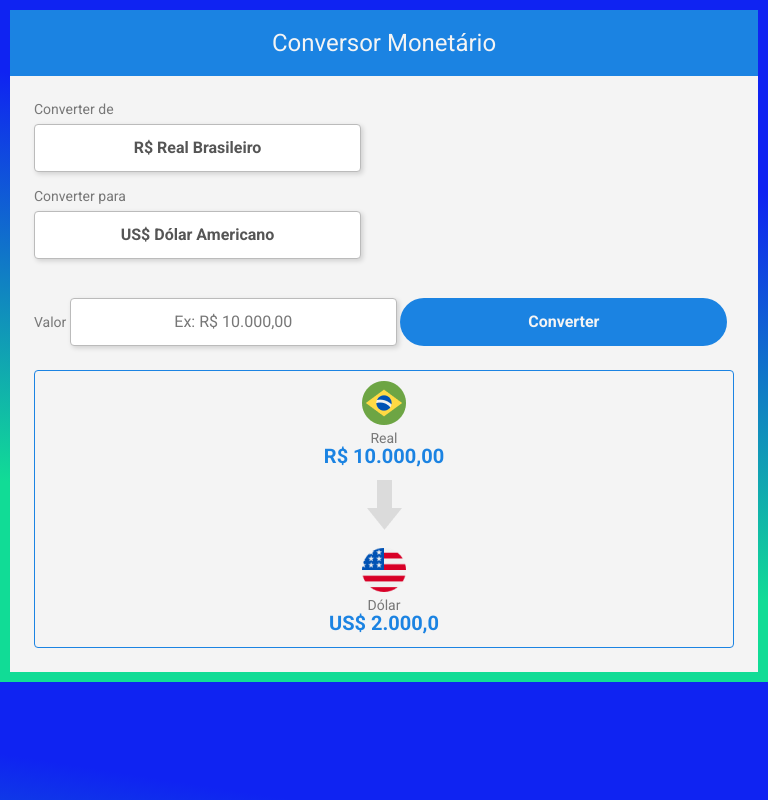
Repository: isayrous/coin-converter
Page: index.html
The author's editor kept a copy of each file at every save. The page is drawn from the files as they stood at one save, then again after the next save.
The browser window is 768 px wide. The pictures show the whole page.

Above is the page before, as saved 2022-11-02 23:32:23.

### index.html
<!DOCTYPE html>
<html lang="pt-br">
<head>
    <meta charset="UTF-8">
    <meta http-equiv="X-UA-Compatible" content="IE=edge">
    <meta name="viewport" content="width=device-width, initial-scale=1.0">
    <link rel='stylesheet' href="./style.css">
    <link rel="preconnect" href="https://fonts.googleapis.com">
    <link rel="preconnect" href="https://fonts.gstatic.com" crossorigin>
    <link href="https://fonts.googleapis.com/css2?family=Roboto:wght@400;700&display=swap" rel="stylesheet">
    <title>Conversor Monetário</title>
</head>
<body>
    <div class="container">

        <header>
            <h1>Conversor Monetário</h1>
        </header>

        <main>
            <label>
                Converter <strong>de</strong>
                <select id="first-select">
                    <option>R$ Real Brasileiro</option>
                    <option>US$ Dólar Americano</option>
                    <option>Bitcoin</option>
                    <option>€ Euro</option>
                </select>
            </label>

            <label>
                Converter <strong>para</strong>
                <select id="seccond-select">
                    <option>US$ Dólar Americano</option>
                    <option>Bitcoin</option>
                    <option>€ Euro</option>
                    <option>R$ Real Brasileiro</option>
                </select>
            </label>

            <label>
                <b>Valor</b>
                <input id='values' placeholder="Ex: R$ 10.000,00">
            </label>

            <button id="button-converter" >Converter</button>

            <section>
                <div>
                    <img id="currency-img1" src="./assets/BRL.png">
                    <p id="first-currency">Real</p>
                    <p id="return-input1" class="value">R$ 10.000,00</p>
                </div>

                <img src="./assets/Vector.png"><br>

                <div>
                    <img id="currency-img2" src="./assets/USA.png">
                    <p id ="seccond-currency">Dólar</p>
                    <p id="return-input2" class="value">US$ 2.000,0</p>
                </div>

            </section>

        </main>

    </div>

</body>
<script src='./scripts.js'></script>
</html>

### style.css
* {
    padding: 0;
    margin: 0;
    box-sizing: border-box;
    font-family: 'Roboto', sans-serif;
    font-style: normal;
    font-weight: normal;
    line-height: 18px;
}

body{
    background: linear-gradient(189deg, rgba(15,35,242,1) 24%, rgba(17,220,150,1) 75%);
    width: 100%;
    height: 100%;
    display: flex;
    justify-content: center;
    padding: 10px;
}

.container {
    height: 100%;
    width: 375px;
    background-color: #F4F4F4;
}

header {
    background-color: #1b83e2;
    height: 66px;
    display: flex;
    justify-content: center;
    align-items: center;
}

h1 {
    font-size: 24px;
    color:#F4F4F4;

}

main {
    padding: 24px;
}

label{
    font-weight: 400;
    font-size: 14px;
    color: #777777;
    width: 375px;
}

select{
    width: 327px;
    height: 48px;
    background: #FFFFFF;
    border: 1px solid #BBBBBB;
    border-radius: 4px;
    font-weight: 700;
    font-size: 16px;
    color: #555555;
    text-align: center;
    display: block;
    cursor: pointer;
    outline: none;
    appearance: none;
    box-shadow: 2px 2px 5px 0px #00000026;
    margin-bottom: 15px;
    margin-top: 6px;
}

input{
    width: 327px;
    height: 48px;
    background: #FFFFFF;
    border: 1px solid #BBBBBB;
    border-radius: 4px;
    font-weight: 700;
    font-size: 16px;
    color: #555555;
    text-align: center;
    box-shadow: 2px 2px 5px 0px #00000026;
    outline: none;

}

button {
    background: #1B83E2;
    border-radius: 25px;
    height: 48px;
    width: 327px;
    font-weight: 700;
    font-size: 16px;
    color: #F4F4F4;
    margin: 24px 0px 24px;
    border: none;
    cursor: pointer;
}

button:hover {
    opacity: 0.8;
}

button:active {
    opacity: 0.7;
}

section{
    border: 1px solid #1B83E2;
    border-radius: 4px;
    padding-top: 10px;
    display: flex;
    flex-direction: column;
    align-items: center;
    text-align: center;
}

p {
    font-weight: 400;
    font-size: 14px;
    color: #777777;
}

.value {
    color: #1B83E2;
    font-weight: 700;
    font-size: 20px;
    margin-bottom: 15px;
}

input::placeholder{color: #777777;
    font-weight: 100;}


@media screen and (max-width: 900px){
    .container {
        height: 100%;
        width: 100%;
        background-color: #F4F4F4;
    }

    header {
        height: 66px;
    }

    h1 {
        font-size: 24px;
        color:#F4F4F4;

    }

    main {
        padding: 24px;
    }

    label{
        font-weight: 400;
        font-size: 14px;
        color: #777777;
        width: 375px;
    }

    select{
        width: 327px;
        height: 48px;
        background: #FFFFFF;
        border: 1px solid #BBBBBB;
        border-radius: 4px;
        font-weight: 700;
        font-size: 16px;
        color: #555555;
        text-align: center;
        display: block;
        cursor: pointer;
        outline: none;
        appearance: none;
        box-shadow: 2px 2px 5px 0px #00000026;
        margin-bottom: 15px;
        margin-top: 6px;
    }

    input{
        width: 327px;
        height: 48px;
        background: #FFFFFF;
        border: 1px solid #BBBBBB;
        border-radius: 4px;
        font-weight: 700;
        font-size: 16px;
        color: #555555;
        text-align: center;
        box-shadow: 2px 2px 5px 0px #00000026;
        outline: none;

    }

    button {
        background: #1B83E2;
        border-radius: 25px;
        height: 48px;
        width: 327px;
        font-weight: 700;
        font-size: 16px;
        color: #F4F4F4;
        margin: 24px 0px 24px;
        border: none;
        cursor: pointer;
    }

    button:hover {
        opacity: 0.8;
    }

    button:active {
        opacity: 0.7;
    }

    section{
        border: 1px solid #1B83E2;
        border-radius: 4px;
        padding-top: 10px;
        display: flex;
        flex-direction: column;
        align-items: center;
        text-align: center;
    }

    p {
        font-weight: 400;
        font-size: 14px;
        color: #777777;
    }

    .value {
        color: #1B83E2;
        font-weight: 700;
        font-size: 20px;
        margin-bottom: 15px;
    }

    input::placeholder{color: #777777;
        font-weight: 100;}

}

### scripts.js
const convert = document.getElementById("button-converter")
const select2 = document.getElementById("seccond-select")
const select1 = document.getElementById("first-select")
/* REAL, DOLAR, BITCOIN , EURO */
const real = [5.16, 5.08]
const dolar = [0.19 , 0.98]
const euro = [0.20 , 1.02]
const bitcoin = [98137.74 , 19010.10 , 19269.79]


const convertvalue = () => {
    const input = document.getElementById("values").value
    const returninput1 = document.getElementById("return-input1")
    const returninput2 = document.getElementById("return-input2")
    /* RETURNS DO INPUT 1 */

    if (select1.value === 'R$ Real Brasileiro') {
        returninput1.innerHTML = new Intl.NumberFormat('pt-BR', {
            style: 'currency', currency: 'BRL'
        }).format(input)

        if (select2.value === 'US$ Dólar Americano') {
            returninput2.innerHTML = new Intl.NumberFormat('en-US', {
                style: 'currency', currency: 'USD'
            }).format(input * dolar[0])
        }
        else if (select2.value === '€ Euro') {
            returninput2.innerHTML = new Intl.NumberFormat('de-DE', {
                style: 'currency', currency: 'EUR'
            }).format(input * euro[0])
        }
        else if (select2.value === 'Bitcoin'){
            returninput2.innerHTML = (input / bitcoin[0]).toFixed(2)
        }
        else if (select2.value === 'R$ Real Brasileiro') {
            returninput2.innerHTML = new Intl.NumberFormat('pt-BR', {
                style: 'currency', currency: 'BRL'
            }).format(input)
        }
    }


    else if (select1.value === 'US$ Dólar Americano') {
        returninput1.innerHTML = new Intl.NumberFormat('en-US', {
            style: 'currency', currency: 'USD'
        }).format(input)

        if (select2.value === 'US$ Dólar Americano') {
            returninput2.innerHTML = new Intl.NumberFormat('en-US', {
                style: 'currency', currency: 'USD'
            }).format(input)
        }
        else if (select2.value === '€ Euro') {
            returninput2.innerHTML = new Intl.NumberFormat('de-DE', {
                style: 'currency', currency: 'EUR'
            }).format(input * euro[1])
        }
        else if (select2.value === 'Bitcoin'){
            returninput2.innerHTML = (input / bitcoin[1]).toFixed(2)
        }
        else if (select2.value === 'R$ Real Brasileiro') {
            returninput2.innerHTML = new Intl.NumberFormat('pt-BR', {
                style: 'currency', currency: 'BRL'
            }).format(input * real[0])
        }

    }

    else if (select1.value === '€ Euro') {
        returninput1.innerHTML = new Intl.NumberFormat('de-DE', {
            style: 'currency', currency: 'EUR'
        }).format(input)

        if (select2.value === 'US$ Dólar Americano') {
            returninput2.innerHTML = new Intl.NumberFormat('en-US', {
                style: 'currency', currency: 'USD'
            }).format(input * dolar[1])
        }
        else if (select2.value === '€ Euro') {
            returninput2.innerHTML = new Intl.NumberFormat('de-DE', {
                style: 'currency', currency: 'EUR'
            }).format(input)
        }
        else if (select2.value === 'Bitcoin'){
            returninput2.innerHTML = (input / bitcoin[1]).toFixed(2)
        }
        else if (select2.value === 'R$ Real Brasileiro') {
            returninput2.innerHTML = new Intl.NumberFormat('pt-BR', {
                style: 'currency', currency: 'BRL'
            }).format(input * real[1])
        }
    }

    else if (select1.value === 'Bitcoin') {
        returninput1.innerHTML = (input)

        if (select2.value === 'US$ Dólar Americano') {
            returninput2.innerHTML = new Intl.NumberFormat('en-US', {
                style: 'currency', currency: 'USD'
            }).format(input * bitcoin[1])
        }
        else if (select2.value === '€ Euro') {
            returninput2.innerHTML = new Intl.NumberFormat('de-DE', {
                style: 'currency', currency: 'EUR'
            }).format(input * bitcoin[2])
        }
        else if (select2.value === 'Bitcoin'){
            returninput2.innerHTML = (input)
        }
        else if (select2.value === 'R$ Real Brasileiro') {
            returninput2.innerHTML = new Intl.NumberFormat('pt-BR', {
                style: 'currency', currency: 'BRL'
            }).format(input * bitcoin[0])
        }


    }

}

const change2 = () => {
    const currencyName2 = document.getElementById("seccond-currency")
    const currencyImg2 = document.getElementById("currency-img2")

    if (select2.value === '€ Euro') {
        currencyName2.innerHTML = '€ Euro'
        currencyImg2.src = "./assets/EURO.png"
    } else if (select2.value === 'Bitcoin') {
        currencyName2.innerHTML = 'Bitcoin'
        currencyImg2.src = "./assets/BITCOIN.png"
    } else if (select2.value === 'US$ Dólar Americano') {
        currencyName2.innerHTML = 'Dólar'
        currencyImg2.src = "./assets/USA.png"
    } else if (select2.value === 'R$ Real Brasileiro') {
        currencyName2.innerHTML = 'Real'
        currencyImg2.src = "./assets/BRL.png"
    }

    convertvalue()
}

const change1 = () => {
    const currencyName1 = document.getElementById("first-currency")
    const currencyImg1 = document.getElementById("currency-img1")

    if (select1.value === '€ Euro') {
        currencyName1.innerHTML = '€ Euro'
        currencyImg1.src = "./assets/EURO.png"
    } else if (select1.value === 'Bitcoin') {
        currencyName1.innerHTML = 'Bitcoin'
        currencyImg1.src = "./assets/BITCOIN.png"
    } else if (select1.value === 'US$ Dólar Americano') {
        currencyName1.innerHTML = 'Dólar'
        currencyImg1.src = "./assets/USA.png"
    } else if (select1.value === 'R$ Real Brasileiro') {
        currencyName1.innerHTML = 'Real'
        currencyImg1.src = "./assets/BRL.png"
    }
    convertvalue()

}

convert.addEventListener('click', convertvalue)
select1.addEventListener('change', change1)
select2.addEventListener('change', change2)

After the next save:
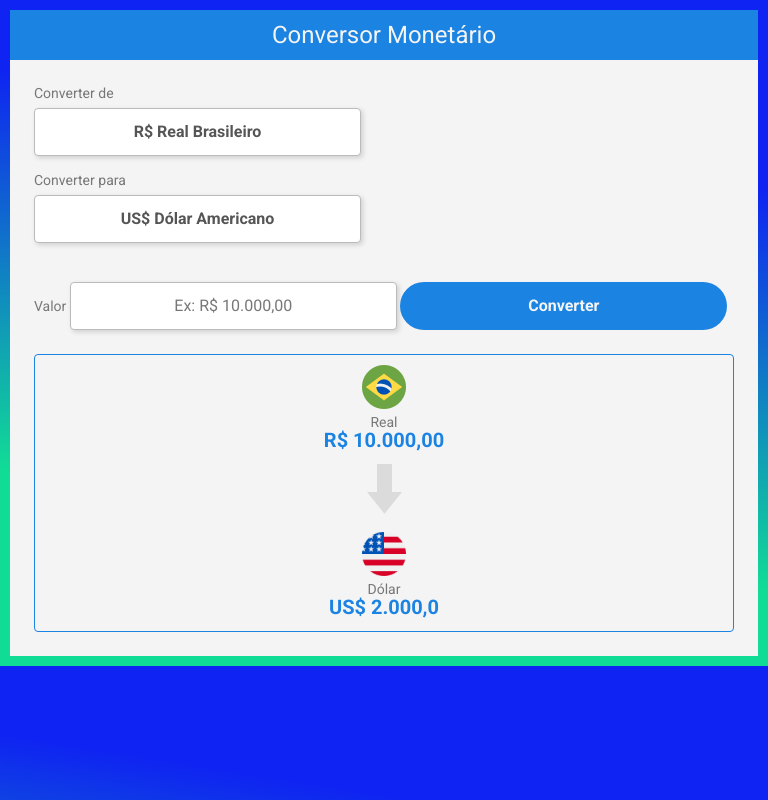
Saved 5 s later.
--- a/style.css
+++ b/style.css
@@ -138,7 +138,7 @@ input::placeholder{color: #777777;
     }
 
     header {
-        height: 66px;
+        height: 50px;
     }
 
     h1 {
